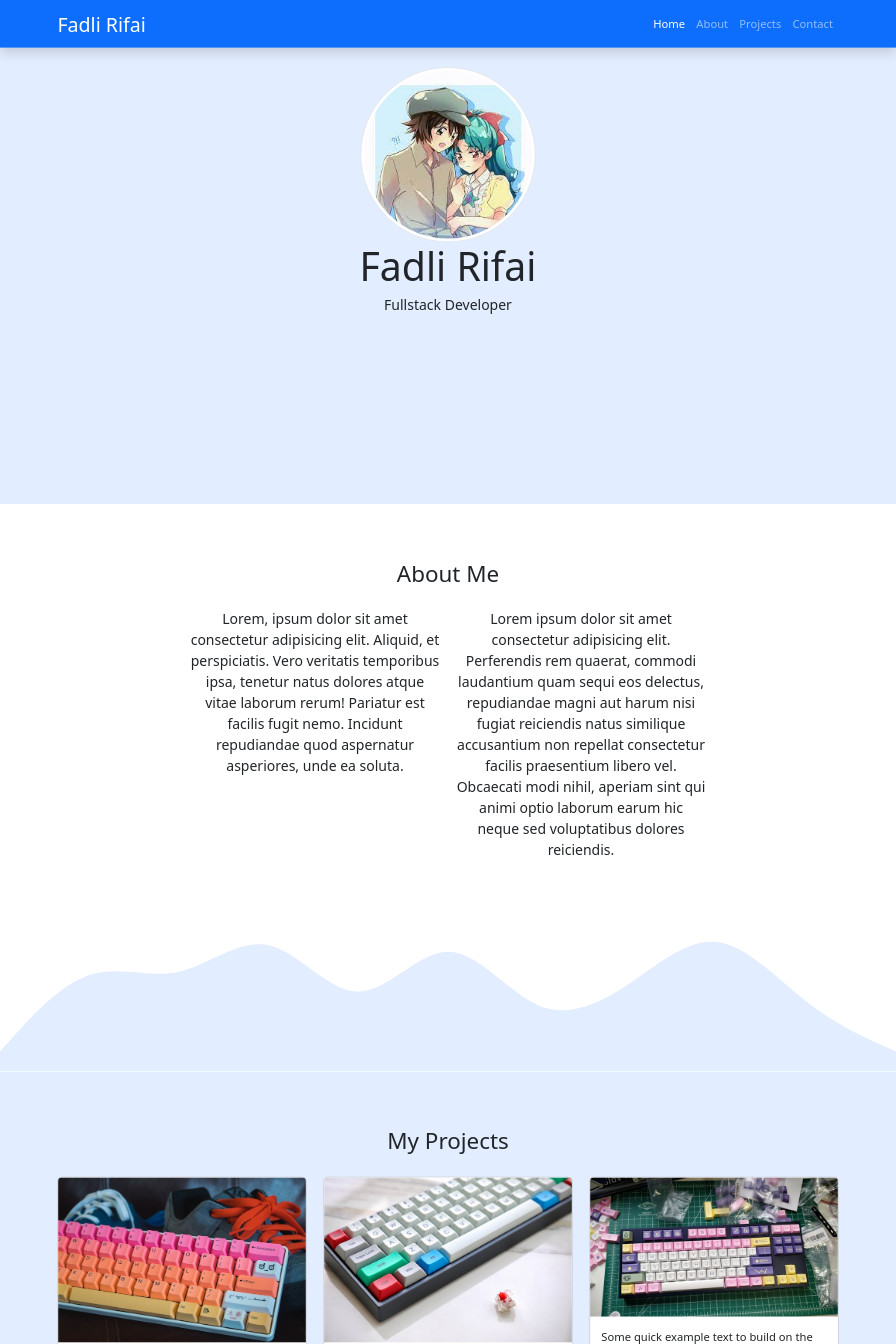
Repository: fadlyyy/fadli-dev.github.io
Page: index.html
An editor plug-in stored every save of this project. The page is shown before and after the next save, followed by the edit.
The browser window is 1280 px wide. The pictures show the part of the page from y = 0 to 1920 px (the page is 3541 px tall), at 70% of full size.

Above is the page before, as saved 2024-01-19 18:27:48.

After the next save:
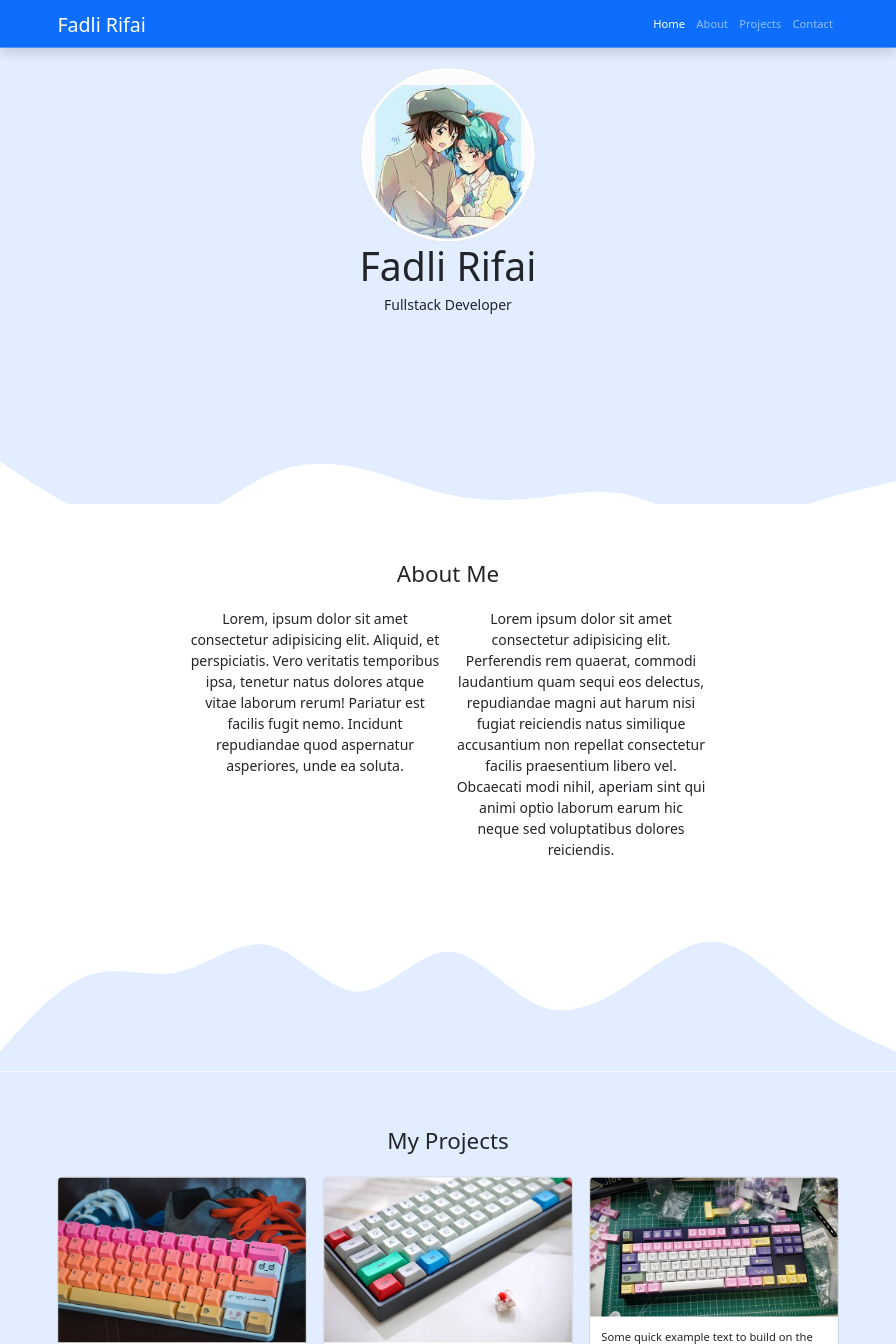
Saved 11 s later.
--- a/style.css
+++ b/style.css
@@ -5,7 +5,7 @@
 }
 
 .jumbotron svg {
-  margin-top: 100vh;
+  margin-top: 50px;
   /* align-items: flex-end; */
   color: blueviolet;
 }

After the save that followed:
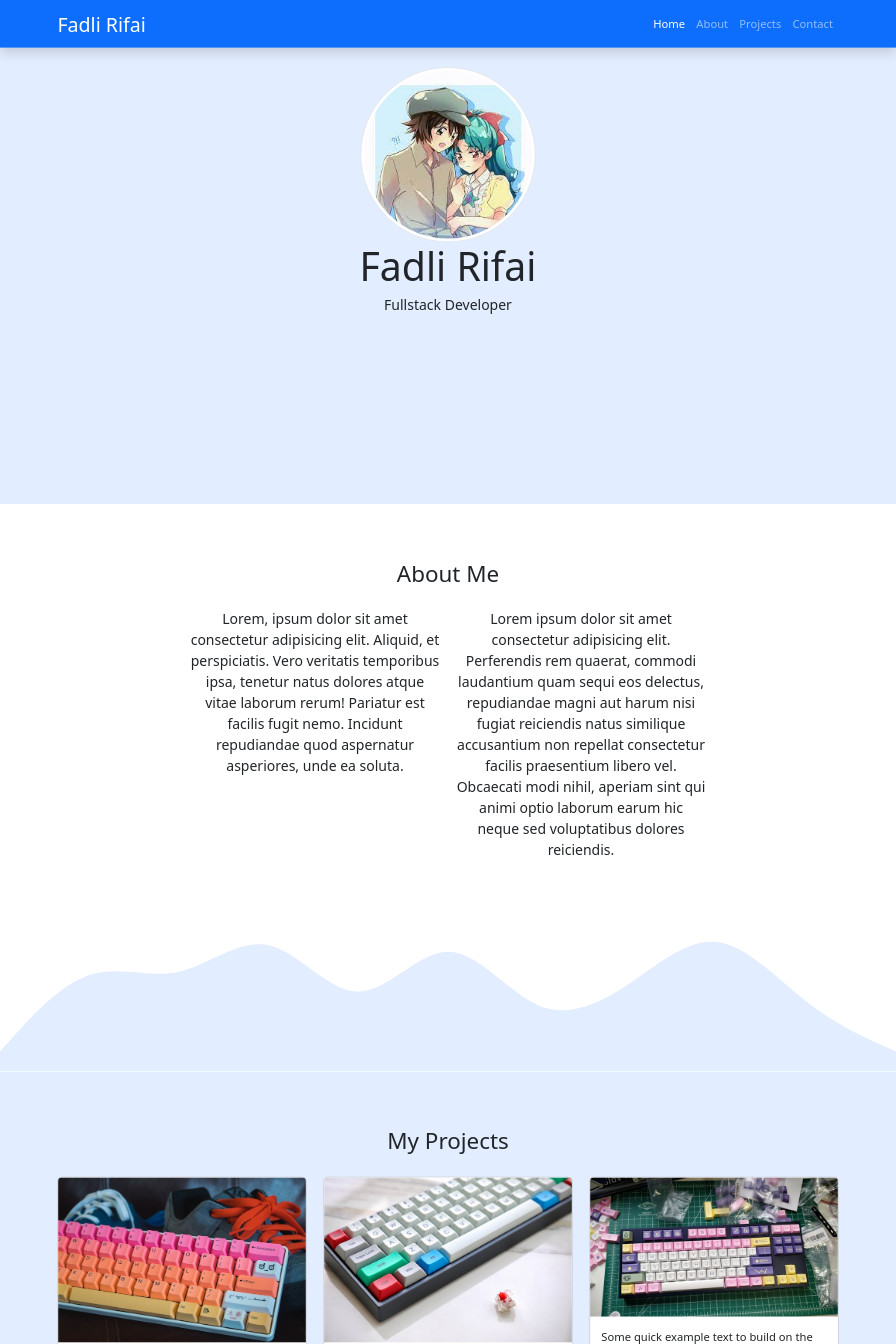
Saved 7 s later.
--- a/style.css
+++ b/style.css
@@ -5,7 +5,7 @@
 }
 
 .jumbotron svg {
-  margin-top: 50px;
+  margin-top: 7rem;
   /* align-items: flex-end; */
   color: blueviolet;
 }
